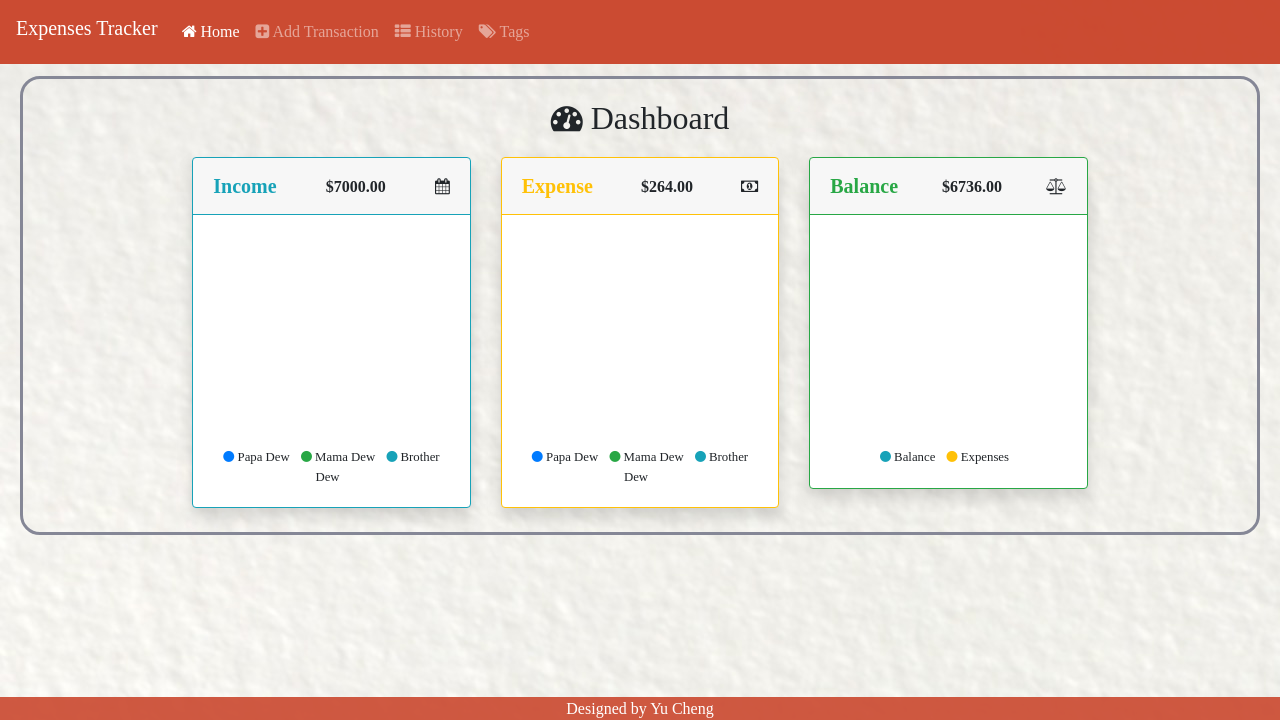
Repository: yucheng91/CI3-expenses-manager
Page: http://localhost/home
The author's editor kept a record of every edit. The page is drawn from the files as they stood at one moment, then again after the next edit.
The browser window is 1280 px wide. The pictures show the whole page.
Some web fonts or font styles are not loaded; a fallback is used. Some web libraries are served in a nearby version. The page is served by the project's application, run on Flask 3 (app.py). The database holds what the project's SQL file puts in it.

Above is the page before.
Console error: ReferenceError: None is not defined

After the next edit:
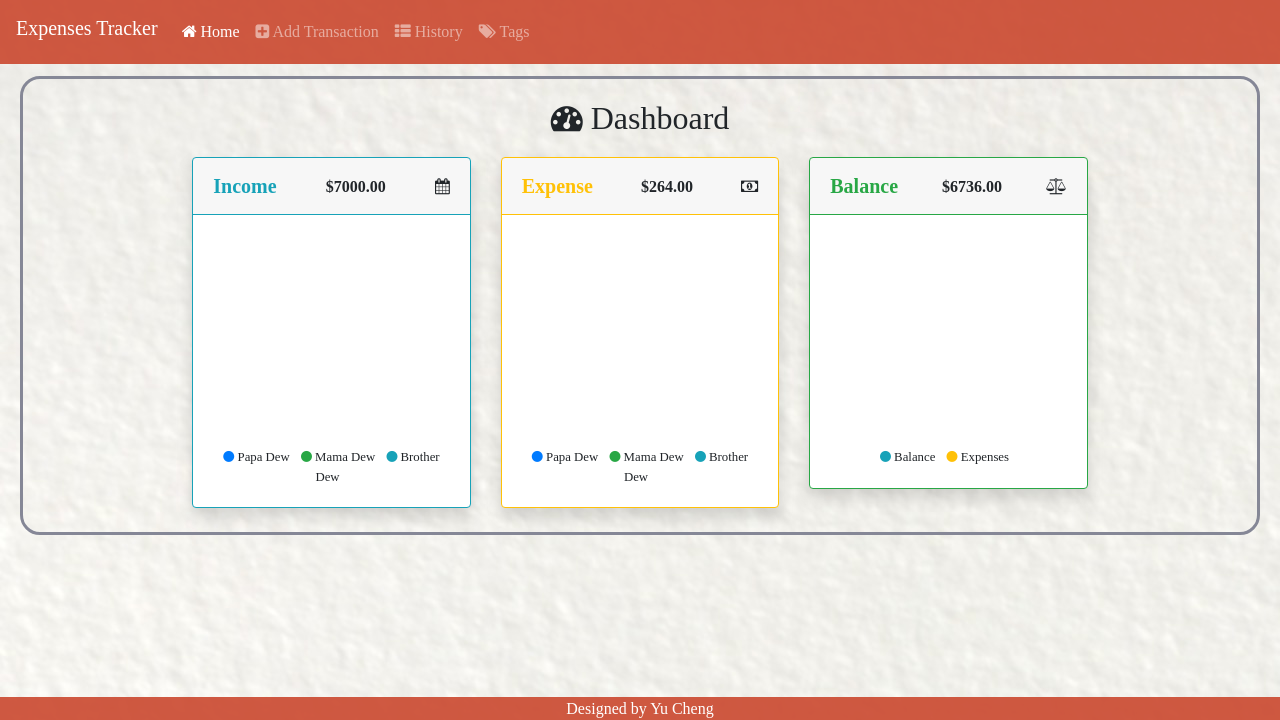
The edit:
--- a/static/css/style.css
+++ b/static/css/style.css
@@ -4,7 +4,8 @@
 }
 
 nav {
-    background-color: rgba(202, 72, 46, 0.98);
+    background-color: rgba(202, 72, 46, 0.9);
+    color: white;
 }
 
 header a {
